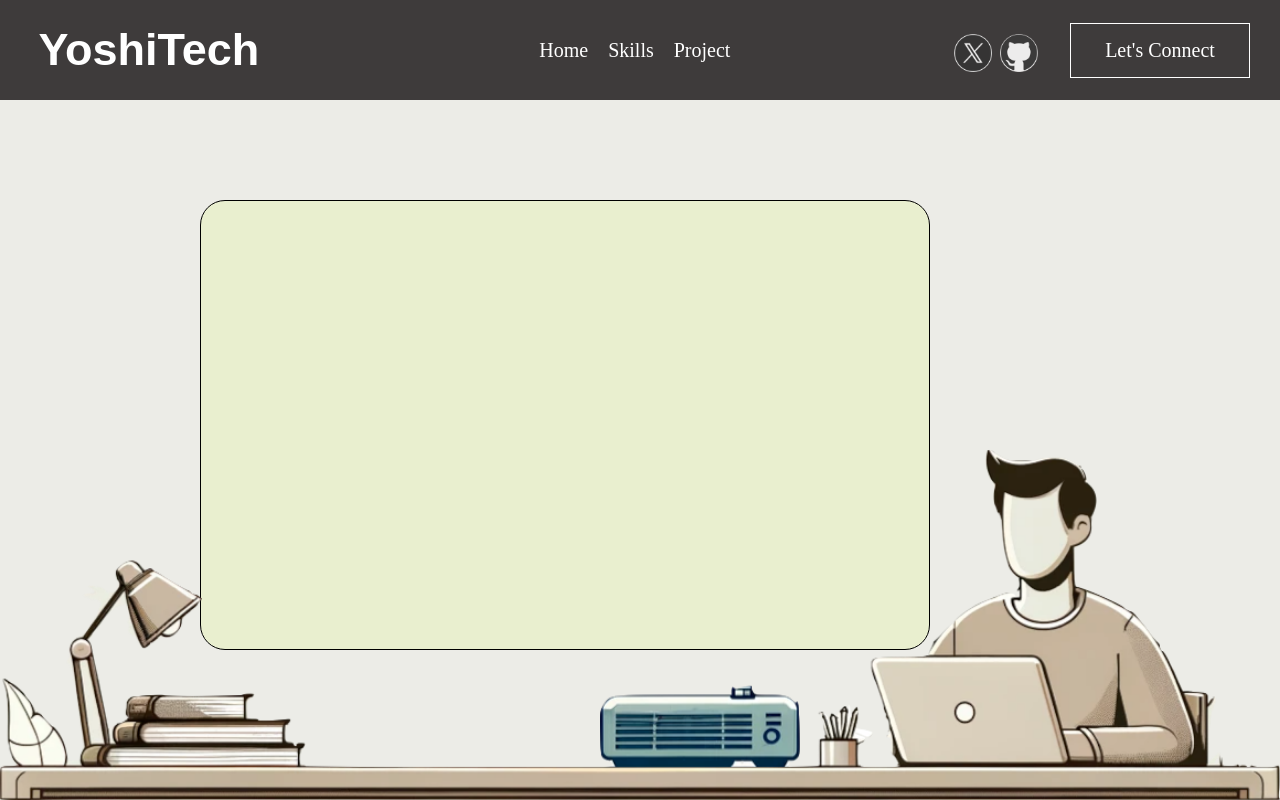
Repository: Yoshiki0418/My_Portfolio
Page: index.html
These files come from the project's save history. The page is drawn as it stood at one moment and after the next save; the edit follows.
The browser window is 1280 px wide. The pictures show the whole page.

Above is the page before, as saved 2024-01-05 21:07:21.

### index.html
<!DOCTYPE html>
<html lang="ja">
<head>
    <meta charset="UTF-8">
    <meta name="viewport" content="width=device-width, initial-scale=1.0">
    <title>Document</title>
    <link rel="stylesheet" type="text/css" href="style.css">
</head>
<body>
    <header>
        <h1 class="Logo">YoshiTech</h1>
        <div class="page_changer">
            <a class="changer_font">Home</a>
            <a class="changer_font">Skills</a>
            <a class="changer_font">Project</a>
        </div>
        <div class="sns_container">
            <a><img src="static/image/X.png" class="sns_pic"></a>
            <a><img src="static/image/GitHub.png" class="sns_pic"></a>
        </div>
        <div class="connect_container">
            <a class="connect_font">Let's Connect</a>
        </div>
    </header>
    <main>
        <section class="hero_section">
            <div class="monitor_container">
                <div class="circle_container">
                    <div class="circle"></div>
                    <div class="circle"></div>
                    <div class="circle"></div>
                </div>
            </div>
            <img class="background_sub" src="static/image/2.png">
            <img class="background" src="static/image/1.jpeg">
        </section>
    </main>

</body>
</html>

### style.css
*{
    margin: 0;
    padding: 0;
    box-sizing: border-box; /* サイズ計算をより予測しやすくするためのプロパティ */
}

header {
	display: flex;					/*flexボックスを使う指定*/
	align-items: center;			/*垂直揃えの指定。天地中央に配置されるように。*/
    width: 100%;
    height: 100px;
	background-color: #3E3B3B;
    position: relative;
}

.Logo{
    margin-left: 3%;
    color: white;
    font-family: 'Comic Sans MS', 'Arial Rounded MT Bold', sans-serif;
    font-size: 45px;
}

.page_changer{
    display: flex;
	align-items: center;
    padding: 20px;
    margin-left: 250px;
    margin-right: 250px;
}

.changer_font{
    color: white;
    margin: 10px;
    font-size: 20px;
}

.connect_font{
    color: white;
    font-size: 20px;
}

.connect_container{
    position: absolute;
    right: 30px;
    width: 180px;
    height: 55px;
    border: 1px solid white;
    display: flex;
    align-items: center;
    justify-content: center;
}

.sns_pic{
    width: 38px;
    height: auto;
    margin: 2px;
}

.sns_container{
    margin-top: 10px;
    position: absolute;
    right: 240px;
}

.hero_section{
    background-color: #ECECE7;
    width: 100%;
    height: 700px;
    position: relative;
}

.monitor_container{
    background-color: #E9EFCF;
    width: 730px;
    height: 450px;
    margin-left: 200px;
    border: 1px solid rgb(0, 0, 0);
    position: absolute;
    top: 100px;
    border-radius: 25px;
}

.background{
    position: absolute;
    bottom: 0px;
    width: 100%;
    height: auto;
}

.background_sub{
    position: absolute;
    bottom: 30px;
    left: 600px;
    width: 200px;
    height: auto;
}

After the next save:
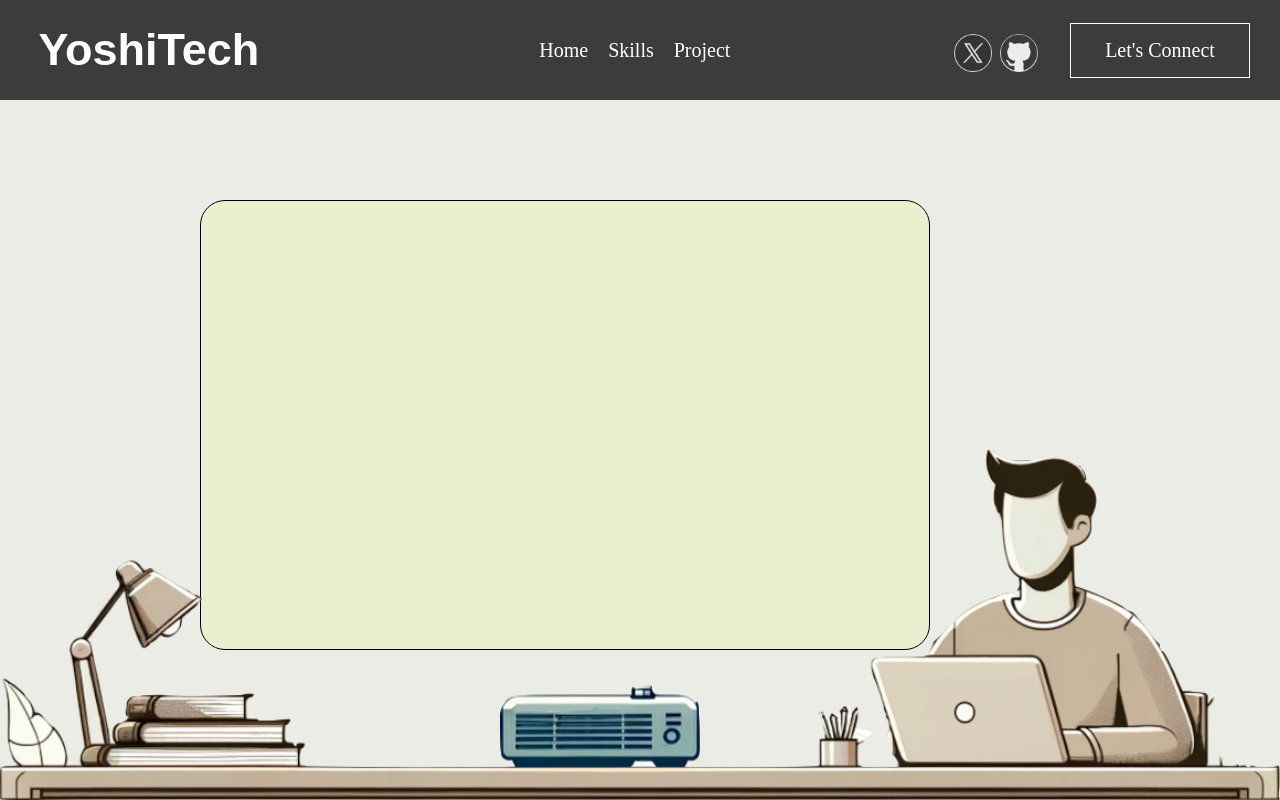
Saved 4 s later.
--- a/style.css
+++ b/style.css
@@ -90,7 +90,7 @@
 .background_sub{
     position: absolute;
     bottom: 30px;
-    left: 600px;
+    left: 500px;
     width: 200px;
     height: auto;
 }
